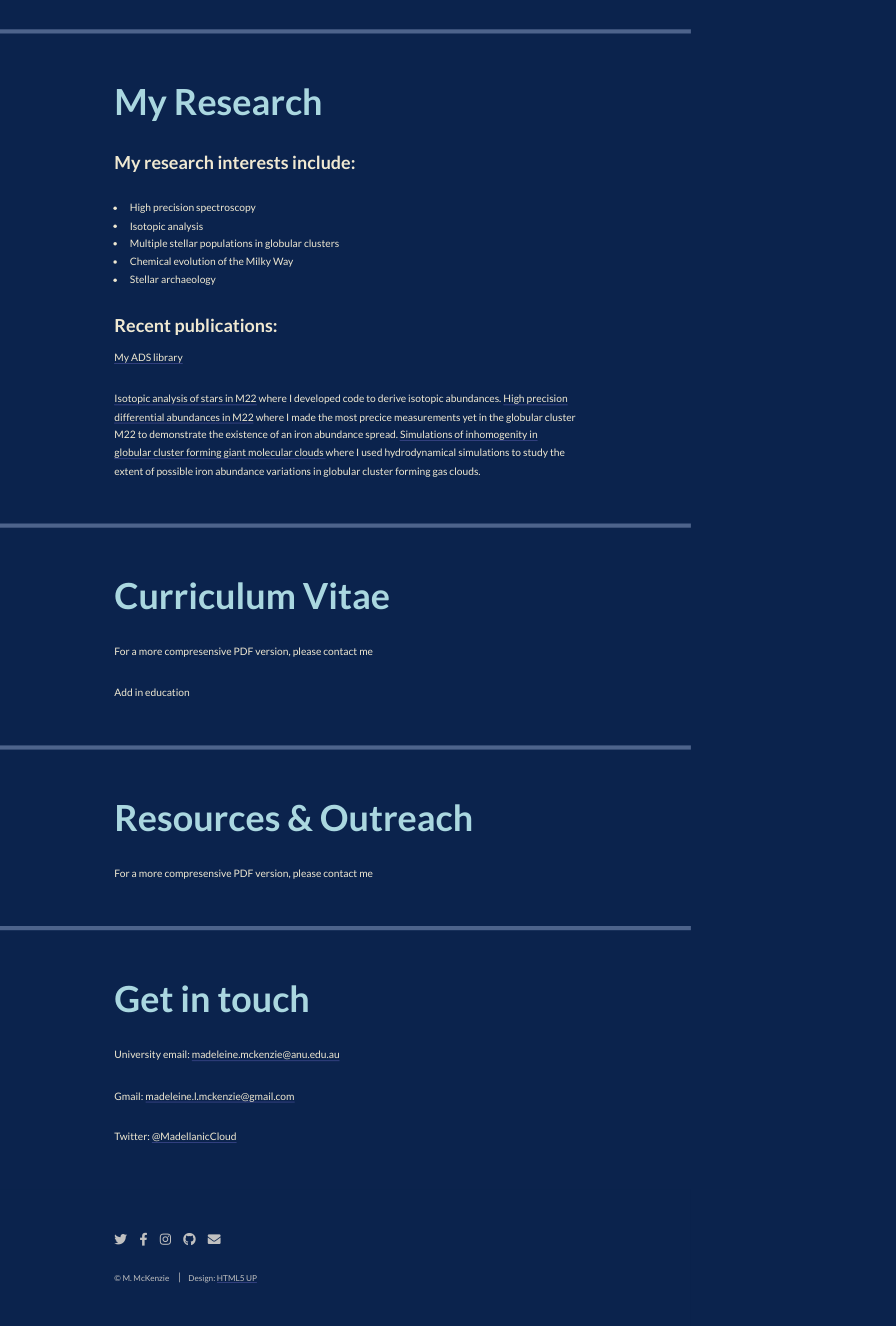
Repository: madeleine-mckenzie/madeleine-mckenzie.github.io
Page: index.html
An editor plug-in stored every save of this project. The page is shown before and after the next save, followed by the edit.
The browser window is 1280 px wide. The pictures show the part of the page from y = 977 to 2897 px (the page is 2872 px tall before and 2897 px after), at 70% of full size.
Backgrounds fixed to the window are drawn as part of the page.

Above is the page before, as saved 2023-11-12 15:48:29.

After the next save:
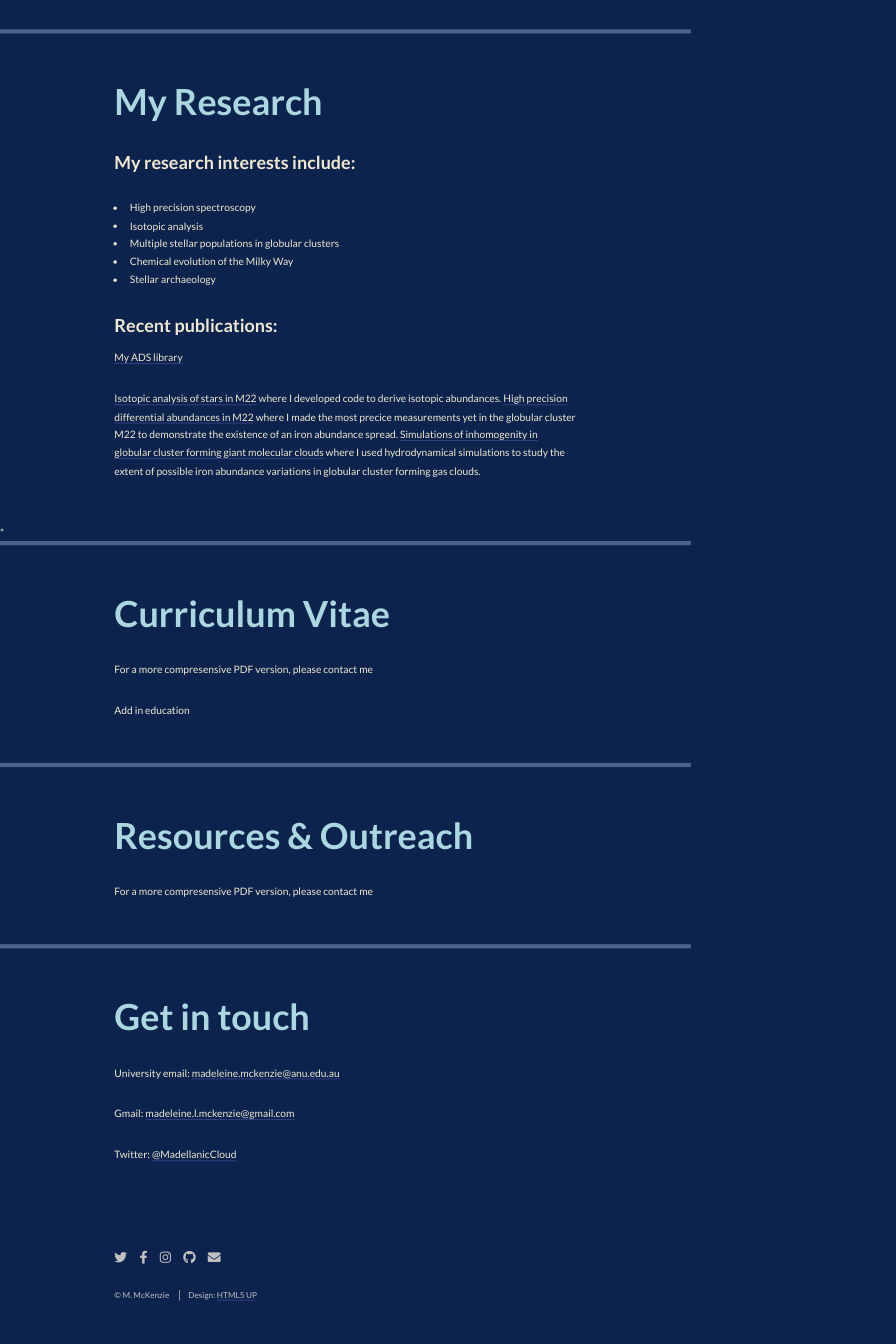
Saved 23 min 46 s later.
--- a/index.html
+++ b/index.html
@@ -92,7 +92,7 @@
                         used hydrodynamical simulations to study the extent of possible iron abundance variations in globular cluster forming gas clouds.
                         </p>
 
-                    </div>
+                    </div>*
                 </section>
 
                 <!-- three -->
